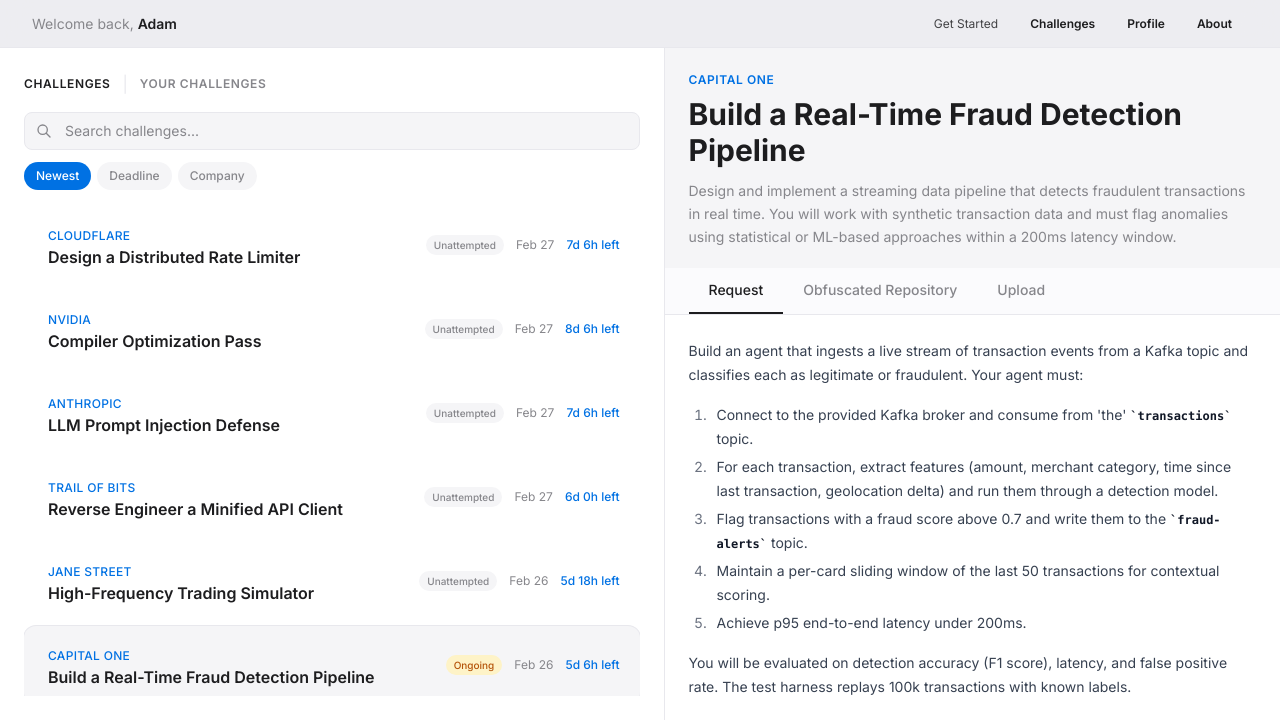
Repository: Ypout07/raikes-hacks
Page: / (app in web/)
These files come from the project's save history. The page is drawn as it stood at one moment and after the next save; the edit follows.
The browser window is 1280 px wide. The pictures show the whole page.
An inner scrolling area shows only its first screen. The project was rebuilt for these pictures with package versions that can differ from the ones it lists, and the page was loaded fresh each time. The framework's server and built-in components were replaced by stand-ins that run in the browser. Also part of the build but not shown: web/next.config.ts.

Above is the page before, as saved 2026-02-28 21:52:15.

After the next save:
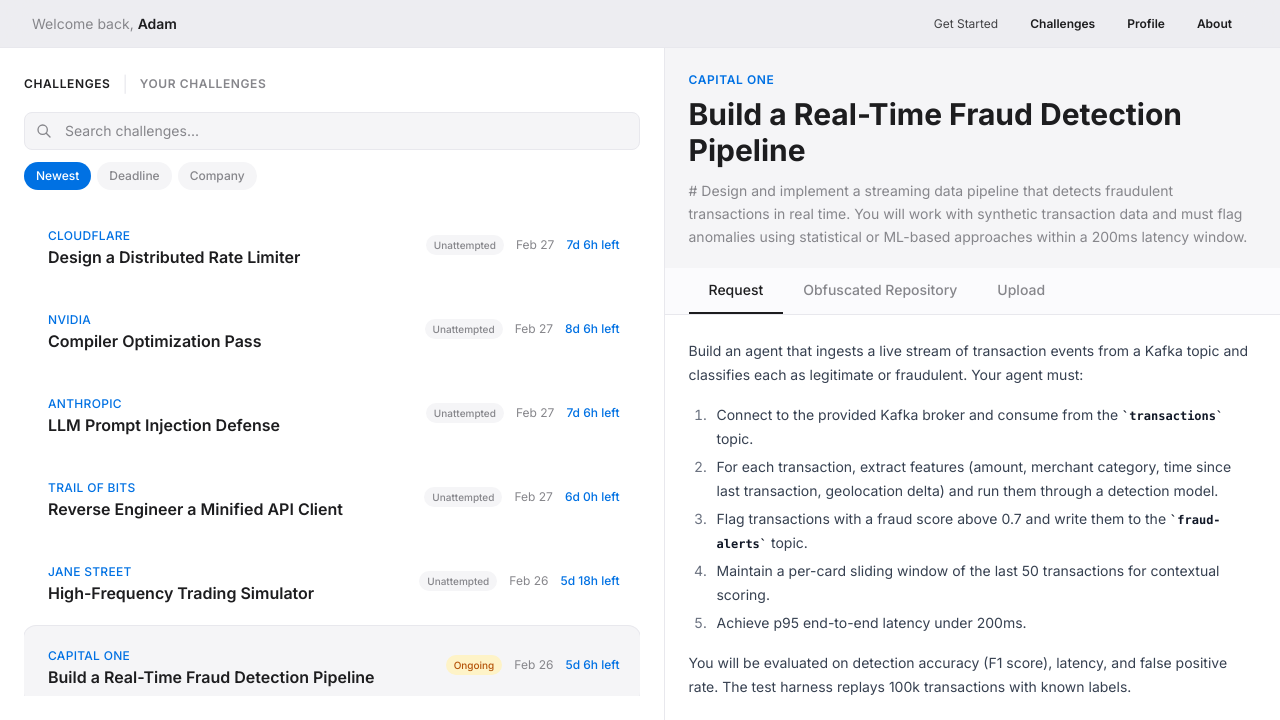
Saved 2 min 6 s later.
--- a/web/src/lib/mockChallenges.ts
+++ b/web/src/lib/mockChallenges.ts
@@ -6,9 +6,9 @@
         title: "Build a Real-Time Fraud Detection Pipeline",
         company: "Capital One",
         description:
-            "Design and implement a streaming data pipeline that detects fraudulent transactions in real time. You will work with synthetic transaction data and must flag anomalies using statistical or ML-based approaches within a 200ms latency window.",
+            "# Design and implement a streaming data pipeline that detects fraudulent transactions in real time. You will work with synthetic transaction data and must flag anomalies using statistical or ML-based approaches within a 200ms latency window.",
         request:
-            "Build an agent that ingests a live stream of transaction events from a Kafka topic and classifies each as legitimate or fraudulent. Your agent must:\n\n1. Connect to the provided Kafka broker and consume from 'the' `transactions` topic.\n2. For each transaction, extract features (amount, merchant category, time since last transaction, geolocation delta) and run them through a detection model.\n3. Flag transactions with a fraud score above 0.7 and write them to the `fraud-alerts` topic.\n4. Maintain a per-card sliding window of the last 50 transactions for contextual scoring.\n5. Achieve p95 end-to-end latency under 200ms.\n\nYou will be evaluated on detection accuracy (F1 score), latency, and false positive rate. The test harness replays 100k transactions with known labels.",
+            "Build an agent that ingests a live stream of transaction events from a Kafka topic and classifies each as legitimate or fraudulent. Your agent must:\n\n1. Connect to the provided Kafka broker and consume from the `transactions` topic.\n2. For each transaction, extract features (amount, merchant category, time since last transaction, geolocation delta) and run them through a detection model.\n3. Flag transactions with a fraud score above 0.7 and write them to the `fraud-alerts` topic.\n4. Maintain a per-card sliding window of the last 50 transactions for contextual scoring.\n5. Achieve p95 end-to-end latency under 200ms.\n\nYou will be evaluated on detection accuracy (F1 score), latency, and false positive rate. The test harness replays 100k transactions with known labels.",
         postedAt: "2026-02-26T10:00:00Z",
         deadline: "2026-03-05T23:59:00Z",
         status: "ongoing",
